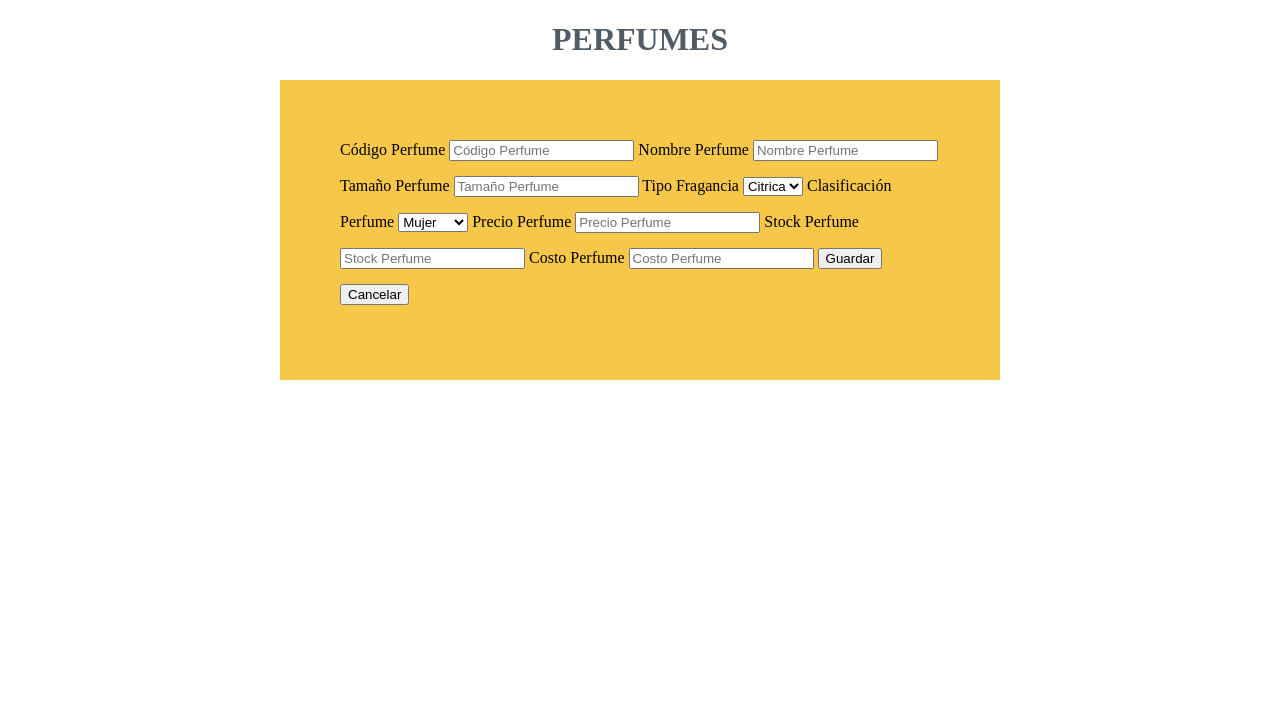
Repository: alejamorenovallejo/arosmile
Page: perfume.html
These files come from the project's save history. The page is drawn as it stood at one moment and after the next save; the edit follows.
The browser window is 1280 px wide. The pictures show the whole page.

Above is the page before, as saved 2021-09-12 02:26:05.
Not found: main.js

### perfume.html
<!DOCTYPE html>
<html>
  <head>
    <meta charset="utf-8" />
    <meta http-equiv="X-UA-Compatible" content="IE=edge" />
    <title>Perfumes</title>
    <meta name="viewport" content="width=device-width, initial-scale=1" />
    <link
      rel="stylesheet"
      type="text/css"
      media="screen"
      href="css/style.css"
    />
    <script src="main.js"></script>
  </head>
  <body>
    <header></header>
    <main>
        <h1>PERFUMES</h1>
        <form action="" method="POST">
          <label for="codigo_perfume">
            <span>Código Perfume</span>
            <input
              type="text"
              id="codigo_perfume"
              name="codigo_perfume"
              placeholder="Código Perfume"
            />
          </label>
          <label for="nombre_perfume">
            <span>Nombre Perfume</span>
            <input
              type="text"
              id="nombre_perfume"
              name="nombre_perfume"
              placeholder="Nombre Perfume"
            />
          </label>
          <label for="tamano_perfume">
            <span>Tamaño Perfume</span>
            <input
              type="number"
              id="tamano_perfume"
              name="tamano_perfume"
              placeholder="Tamaño Perfume"
            />
          </label>
          <label for="tipo_frangancia">
            <span>Tipo Fragancia</span>
            <select
              name="tipo_frangancia"
              id="tipo_frangancia"
              placeholder="Tipo Fragancia"
            >
              <option value="1">Citrica</option>
            </select>
          </label>
          <label for="clasificacion_perfume">
            <span>Clasificación Perfume</span>
            <select
              name="clasificacion_perfume"
              id="clasificacion_perfume"
              placeholder="Clasificación Perfume"
            >
              <option value="1">Mujer</option>
              <option value="2">Hombre</option>
              <option value="3">Infantil</option>
            </select>
          </label>
          <label for="precio_perfume">
            <span>Precio Perfume</span>
            <input
              type="number"
              id="precio_perfume"
              name="precio_perfume"
              placeholder="Precio Perfume"
            />
          </label>
          <label for="stock_perfume">
            <span>Stock Perfume</span>
            <input
              type="number"
              id="stock_perfume"
              name="stock_perfume"
              placeholder="Stock Perfume"
            />
          </label>
          <label for="costo_perfume">
            <span>Costo Perfume</span>
            <input
              type="number"
              id="costo_perfume"
              name="costo_perfume"
              placeholder="Costo Perfume"
            />
          </label>
          <input
            type="submit"
            id="guardar_perfume"
            name="guardar_perfume"
            value="Guardar"
          />
          <input
            type="button"
            id="cancelar_perfume"
            name="cancelar_perfume"
            value="Cancelar"
          />
        </form>
    </main>
  </body>
</html>

### css/style.css
form {
  padding: 60px;
  max-width: 600px;
  background-color: #F7C74A;
  margin: 0 auto;
}
form input, form select,form label{
    margin-bottom: 15px;

}

h1 {
    text-align: center;
    color: #525c66;

}

After the next save:
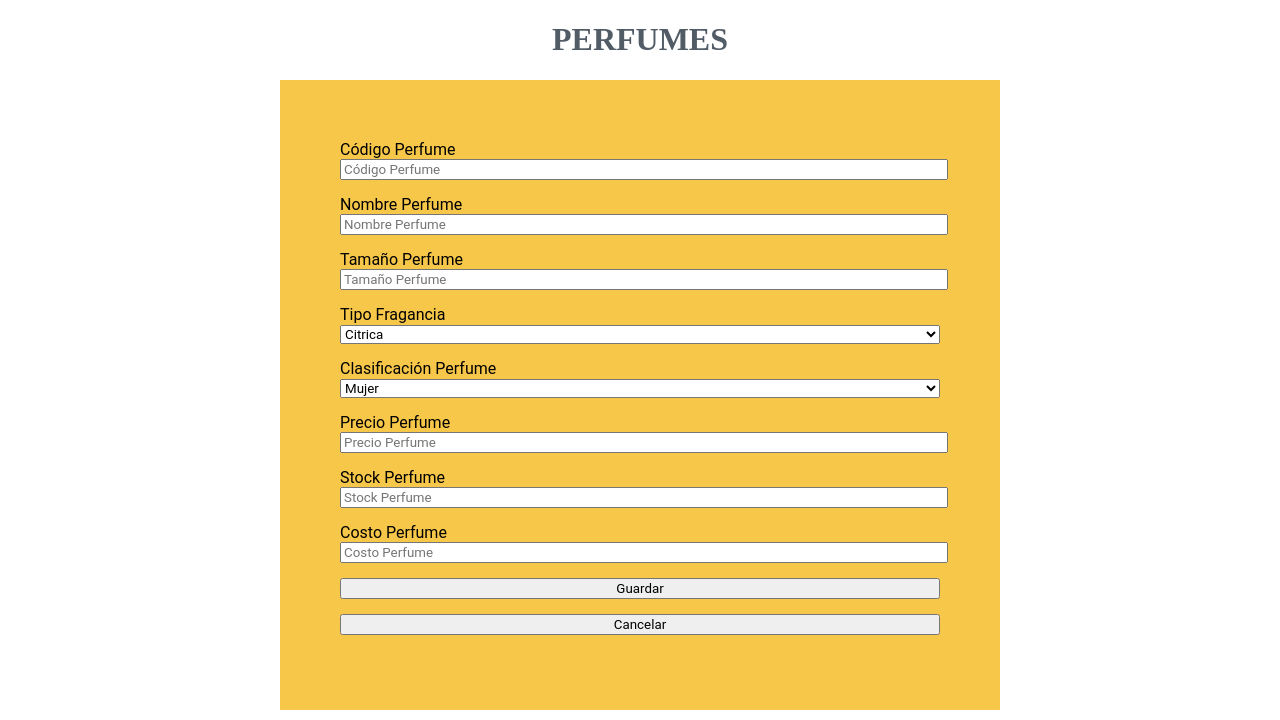
Saved 12 s later.
--- a/css/style.css
+++ b/css/style.css
@@ -6,6 +6,8 @@ form {
 }
 form input, form select,form label{
     margin-bottom: 15px;
+    font-family: "Roboto", sans-serif;
+    width: 100%;
 
 }
 
